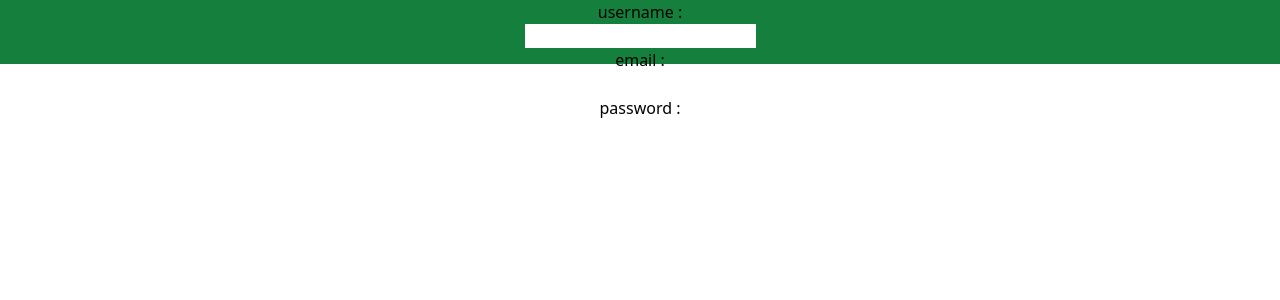
Repository: Emy-gold/alx-fe-reactjs
Page: / (app in form-handling-react/)
An editor plug-in stored every save of this project. The page is shown before and after the next save, followed by the edit.
The browser window is 1280 px wide. The pictures show the whole page.
The project was rebuilt for these pictures with package versions that can differ from the ones it lists, and the page was loaded fresh each time. Also part of the build but not shown: form-handling-react/vite.config.js.

Above is the page before, as saved 2025-08-22 21:06:02.

After the next save:
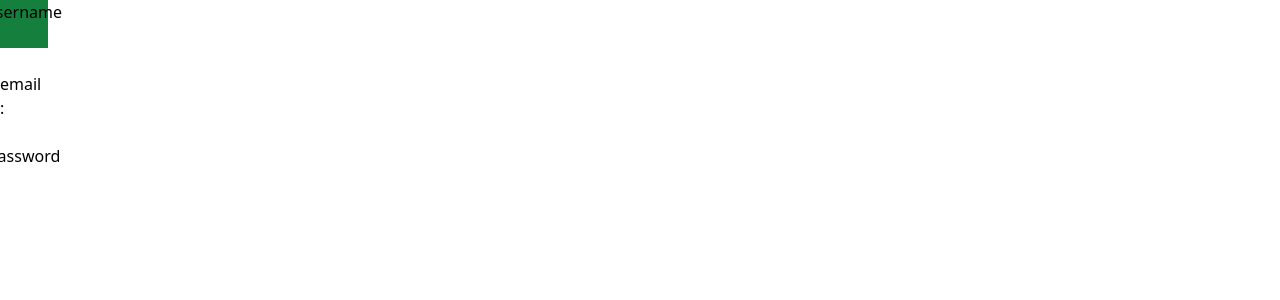
Saved 8 s later.
--- a/form-handling-react/src/components/RegistrationForm.jsx
+++ b/form-handling-react/src/components/RegistrationForm.jsx
@@ -17,7 +17,7 @@ function RegistrationForm() {
 
     return (
         <div className='w-full mx-auto h-screen'>
-            <form onSubmit={handleSubmit} className='flex flex-col items-center bg-green-700 h-16'>
+            <form onSubmit={handleSubmit} className='flex flex-col items-center bg-green-700 w-12 h-16'>
                 <label>username :</label>
                 <input
                     type="text"
